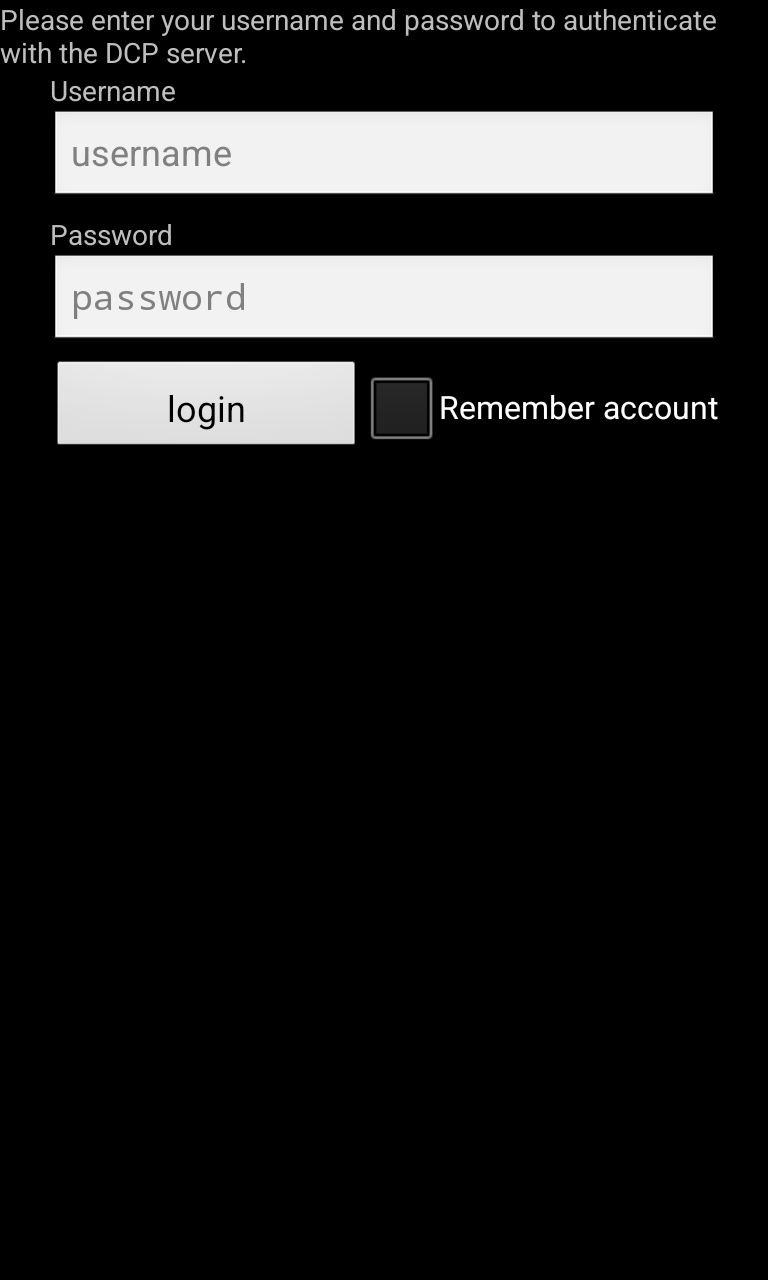
Repository: sergioenriquez/CSTE
Layout: HNAD/res/layout/login.xml
The author's editor kept a copy of each file at every save. The layout is drawn from the files as they stood at one save, then again after the next save.
It is drawn on a 768 x 1280 px phone screen (xhdpi) without system bars, with theme android:Theme.NoTitleBar; the app's code is not run.

Above is the layout before, as saved 2011-12-18 03:17:40.

After the next save:
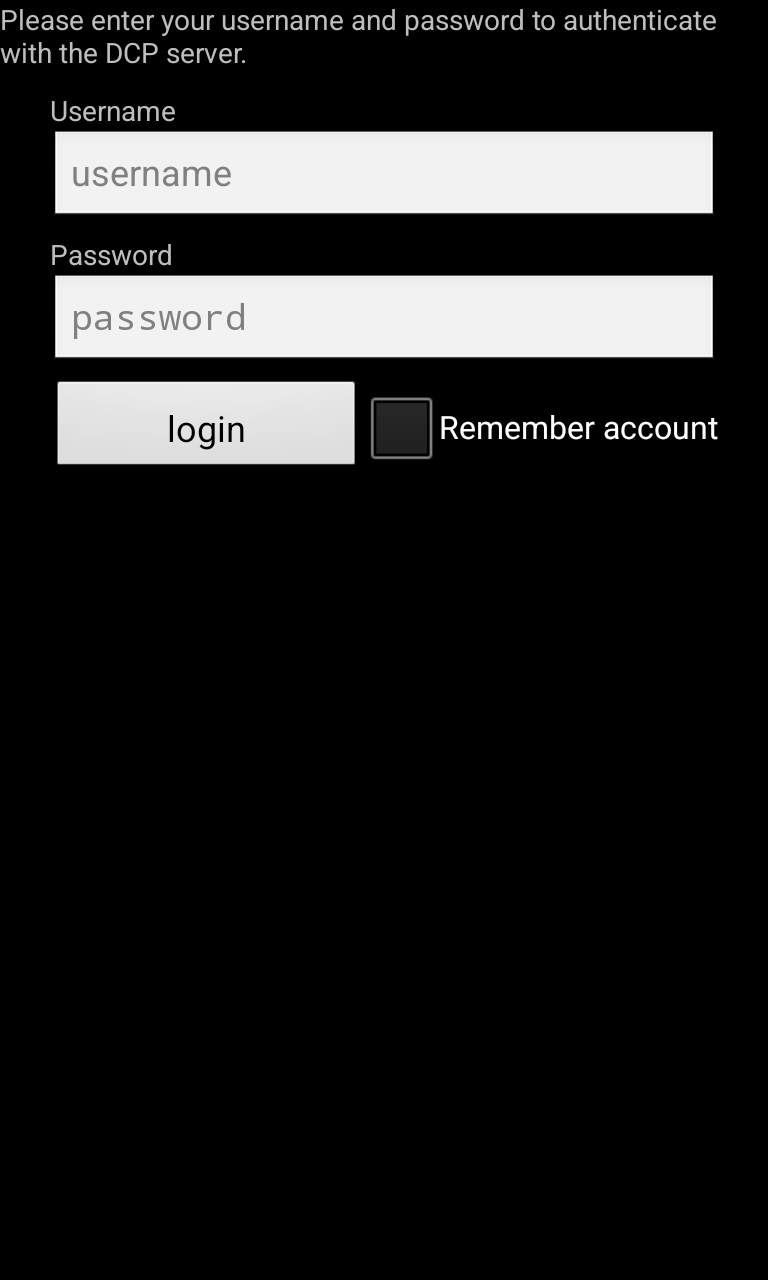
Saved 32 s later.
--- a/HNAD/res/layout/login.xml
+++ b/HNAD/res/layout/login.xml
@@ -7,7 +7,8 @@
     <TextView
 	    android:layout_width="fill_parent"
 	    android:layout_height="wrap_content"
-	    android:text="Please enter your username and password to authenticate with the DCP server." />
+	    android:text="Please enter your username and password to authenticate with the DCP server."
+	    android:layout_marginBottom="10dp"/>
 	<TextView
 	    android:layout_width="fill_parent"
 	    android:layout_height="wrap_content"
